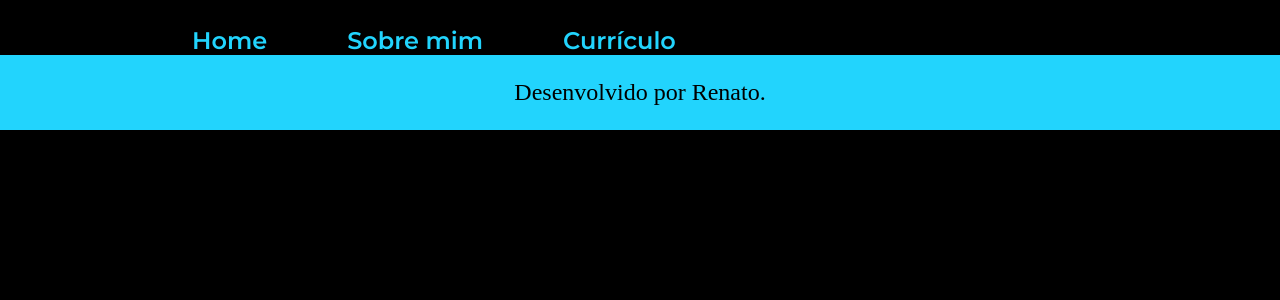
Repository: RenatoCCS/Portfolio_Alura
Page: about.html
The author's editor kept a copy of each file at every save. The page is drawn from the files as they stood at one save, then again after the next save.
The browser window is 1280 px wide. The pictures show the whole page.
Some web fonts or font styles are not loaded; a fallback is used.

Above is the page before, as saved 2023-03-06 20:32:14.

### about.html
<!DOCTYPE html>
<html lang="pt-br">
  <head>
    <meta charset="UTF-8" />
    <meta http-equiv="X-UA-Compatible" content="IE=edge" />
    <meta name="viewport" content="width=device-width, initial-scale=1.0" />
    <title>Sobre mim</title>
    <link rel="stylesheet" href="./styles/style.css" />
  </head>

  <body>
    <header class="cabecalho">
      <nav class="cabecalho__menu">
        <a class="cabecalho__menu__link" href="index.html">Home</a>
        <a class="cabecalho__menu__link" href="about.html">Sobre mim</a>
        <a class="cabecalho__menu__link" href="curriculo.html">Currículo</a>
      </nav>
    </header>

    <main></main>

    <footer class="rodape"><p>Desenvolvido por Renato.</p></footer>
  </body>
</html>

### styles/style.css
@import url('https://fonts.googleapis.com/css2?family=Krona+One&family=Montserrat:wght@400;600&display=swap');

* {
  margin: 0;
  padding: 0;
}

body {
  /* height: 100vh; */
  box-sizing: border-box;
  background-color: #000000;
  color: #f6f6f6;
}

.cabecalho {
  padding: 2% 0% 0% 15%;
}

.cabecalho__menu {
  display: flex;
  gap: 80px;
}

.cabecalho__menu__link {
  font-family: 'Montserrat', sans-serif;
  font-size: 24px;
  font-weight: 600;
  color: #22d4fd;
  text-decoration: none;
}

.apresentacao {
  padding: 5% 15%;
  display: flex;
  align-items: center;
  justify-content: space-between;
}

.apresentacao__conteudo {
  width: 615px;
  display: flex;
  flex-direction: column;
  gap: 40px;
}

.apresentacao__conteudo__titulo {
  font-size: 36px;
  font-family: 'Krona One', sans-serif;
}

.titulo-destaque {
  color: #22d4fd;
}

.apresentacao__conteudo__texto {
  font-size: 24px;
  font-family: 'Montserrat', sans-serif;
}

.apresentacao__conteudo__texto a {
  text-decoration: none;
  color: #22d4fd;
}

.apresentacao__links {
  display: flex;
  flex-direction: column;
  justify-content: space-between;
  align-items: center;
  gap: 32px;
}

.apresentacao__links__subtitulo {
  font-family: 'Krona One', sans-serif;
  font-weight: 400;
  font-size: 24px;
}

.apresentacao__links__link {
  /* background-color: #22d4fd; foi trocado o estilo*/
  display: flex;
  justify-content: center;
  gap: 16px;
  border: 2px solid #22d4fd;
  width: 378px;
  text-align: center;
  border-radius: 8px;
  font-size: 24px;
  font-weight: 600;
  padding: 21.5px 0;
  text-decoration: none;
  color: #f6f6f6;
  font-family: 'Montserrat', sans-serif;
}

.apresentacao__links__link:hover {
  background-color: #272727;
}

/*Utilizei minha foto e fui adaptando de acordo com o tamanho da outra foto*/
.apresentacao__foto {
  height: 550px;
  width: 490px;
  left: 1032px;
  top: 253px;
  border-radius: 16px;
}

.rodape {
  padding: 24px;
  color: #000000;
  background-color: #22d4fd;
  text-align: center;
  font-family: 'Montserrat' sans-serif;
  font-size: 24px;
  font-weight: 400;
}

After the next save:
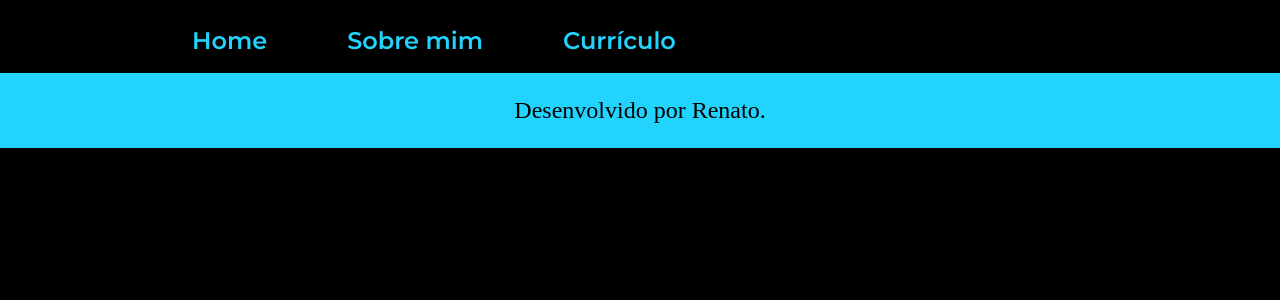
Saved 3 min 51 s later.
--- a/about.html
+++ b/about.html
@@ -17,7 +17,10 @@
       </nav>
     </header>
 
-    <main></main>
+    <main>
+      <section></section>
+      <img src="" alt="" />
+    </main>
 
     <footer class="rodape"><p>Desenvolvido por Renato.</p></footer>
   </body>
